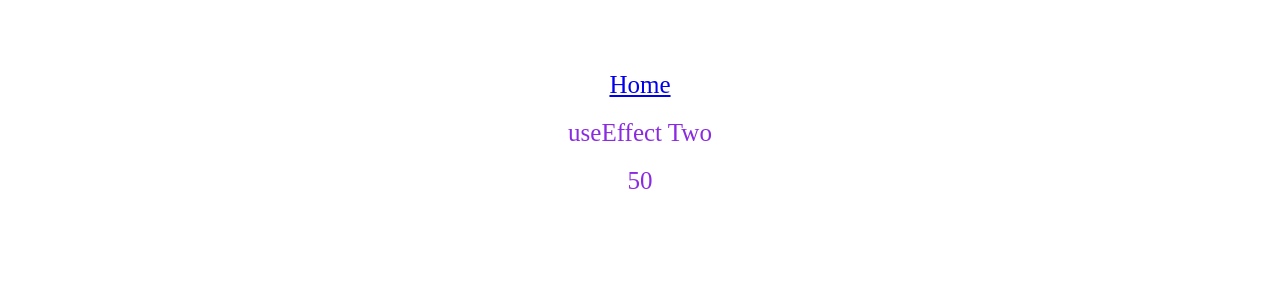
Repository: sierralaurent/Class08-UseEffect
Page: /useEffectTwo
An editor plug-in stored every save of this project. The page is shown before and after the next save, followed by the edit.
The browser window is 1280 px wide. The pictures show the whole page.
The project was rebuilt for these pictures with package versions that can differ from the ones it lists, and the page was loaded fresh each time. The framework's server and built-in components were replaced by stand-ins that run in the browser. Also part of the build but not shown: next.config.js.

Above is the page before, as saved 2023-02-20 17:33:54.

### pages/useEffectTwo.js
import Link from "next/link"
import { useEffect, useState } from "react"
import styles from '@/styles/UseEffectTwo.module.css'


export default function useEffectTwo() {
    const [number, setNumber] = useState(0);

    useEffect(() => {
        console.log(number);
        setNumber(number + 50);
    },[])

    return(
        <>
        <div className={styles.main}>
        <div className={styles.title}>
        <Link href="/">Home</Link>
        </div>
        <div className={styles.title}>
            useEffect Two
        </div>
        <div className={styles.title}>
            {number}
        </div>
        </div>

        </>
    )
}

### styles/globals.css
:root {
  {
    background-color: display;
    /**Add some root colors to use on all the othe pages**/
  }
}

### styles/UseEffectTwo.module.css
.main {
    display: flex;
    justify-content: center;
    align-items: center;
    flex-direction: column;
    padding: 5%;
    gap: 20px;
    font-size: 25px;
}

.title {
    color: blueviolet;
}

Loaded but not shown: pages/_app.js (common file); pages/_document.js (common file)

After the next save:
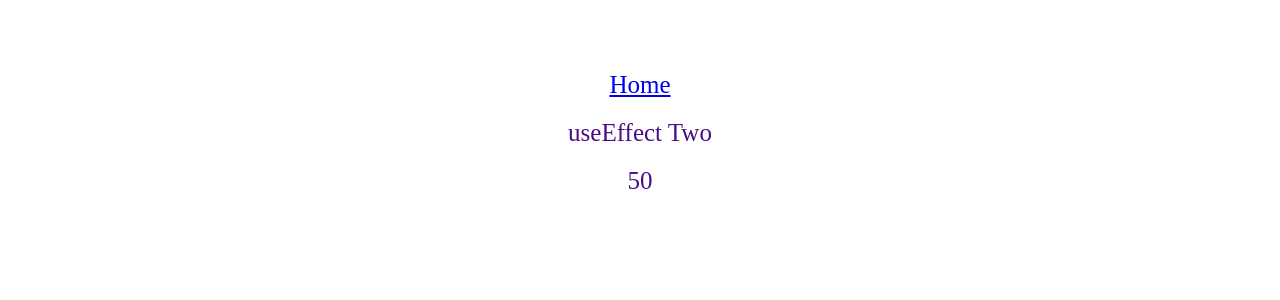
Saved 7 s later.
--- a/styles/UseEffectTwo.module.css
+++ b/styles/UseEffectTwo.module.css
@@ -9,5 +9,5 @@
 }
 
 .title {
-    color: blueviolet;
+    color: rgb(73, 12, 129);
 }
